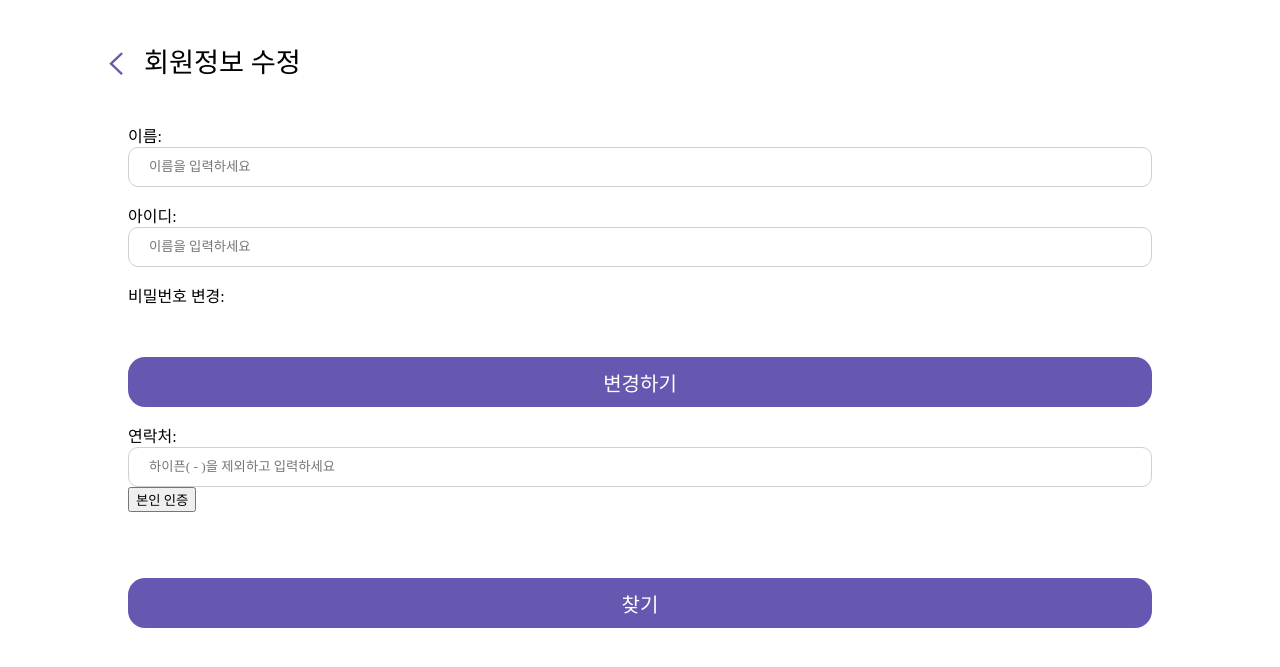
Repository: PEPI-dev/UI
Page: edit_profile/edit_profile.html
An editor plug-in stored every save of this project. The page is shown before and after the next save, followed by the edit.
The browser window is 1280 px wide. The pictures show the whole page.
Some web fonts or font styles are not loaded; a fallback is used.

Above is the page before, as saved 2023-12-05 17:15:07.

After the next save:
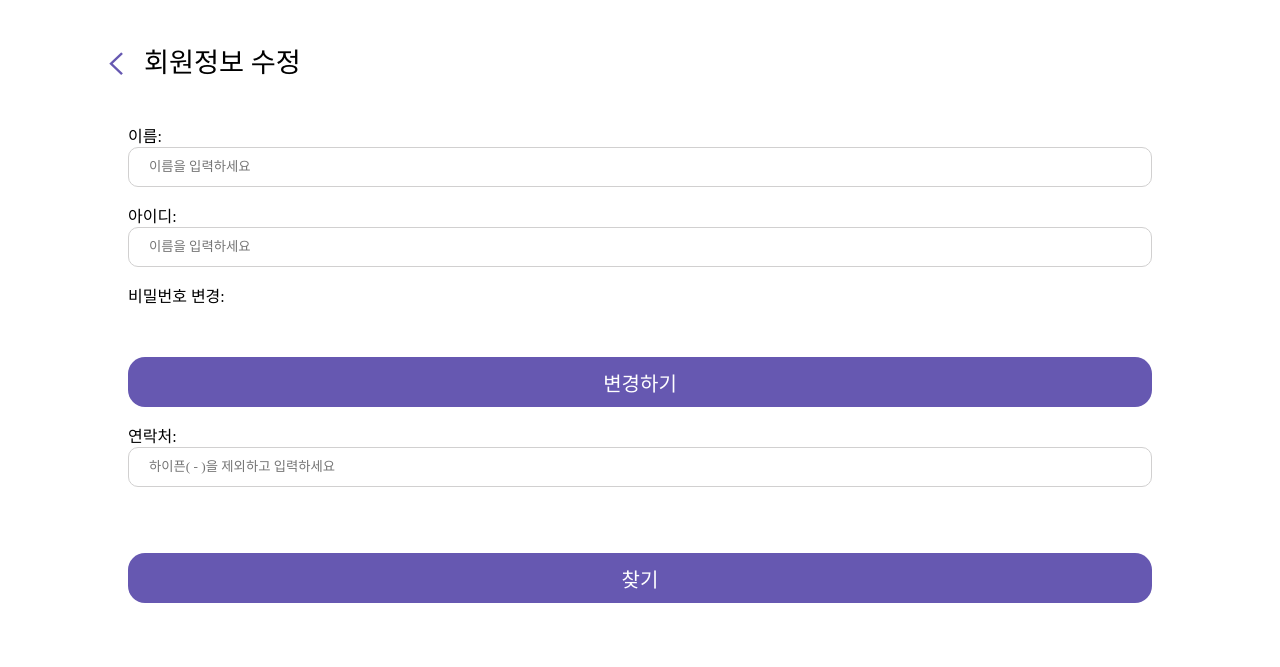
Saved 31 s later.
--- a/edit_profile/edit_profile.html
+++ b/edit_profile/edit_profile.html
@@ -34,8 +34,7 @@
 
         <!-- 버튼 type=button으로 추가, onclick 추가 -->
         <p class="display"><label for="hp" class="txt_input">연락처:</label>
-            <input class="search" id="hp" type="text" placeholder="하이픈( - )을 제외하고 입력하세요" maxlength="11"><button type="button" class="btn_inside"
-                id="phone_check" onclick="openPopup()">본인 인증</button>
+            <input class="search" id="hp" type="text" placeholder="하이픈( - )을 제외하고 입력하세요" maxlength="11">
         </p>
 
         <button class="purple button">찾기</button>
